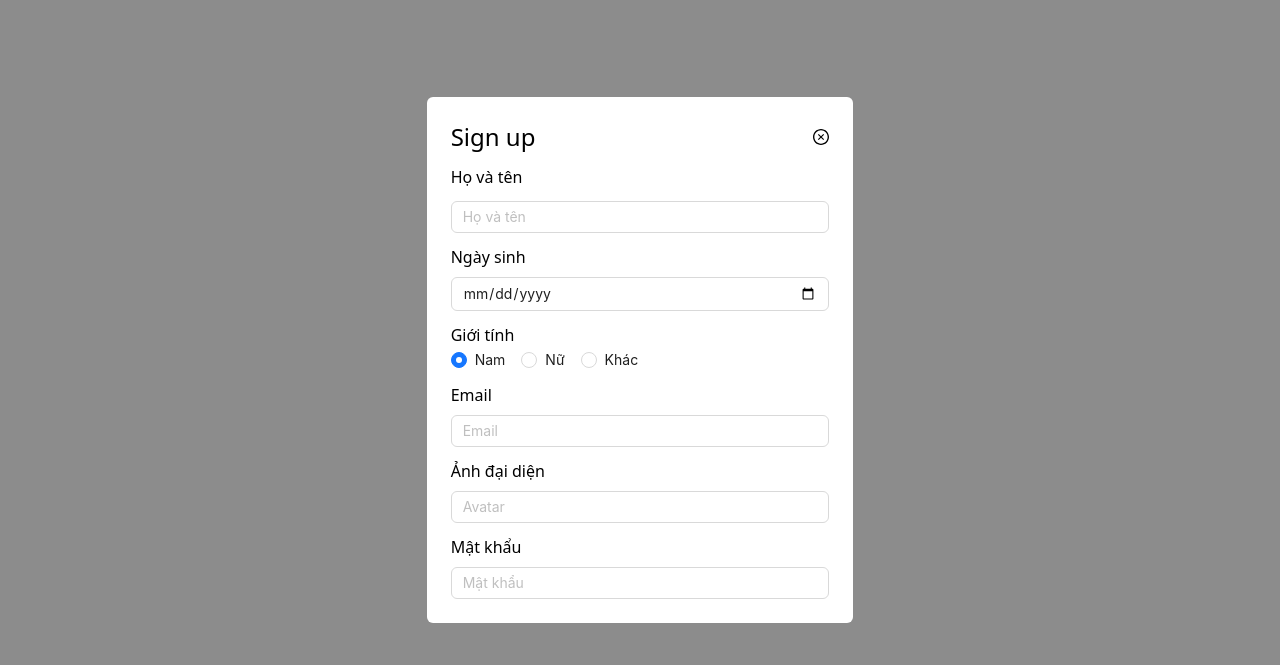
Repository: TinhTT336/MD02_Session14
Page: / (app in client/)
An editor plug-in stored every save of this project. The page is shown before and after the next save, followed by the edit.
The browser window is 1280 px wide. The pictures show the whole page.
The project was rebuilt for these pictures with package versions that can differ from the ones it lists, and the page was loaded fresh each time. Also part of the build but not shown: client/vite.config.js, client/src/firebase/configFirebase.js, client/src/components/UploadSingleFile.jsx, client/src/components/register/register.css, client/src/components/register/Register.jsx, client/src/components/register/RegisterWithImg.jsx.

Above is the page before, as saved 2023-09-14 14:23:05.

After the next save:
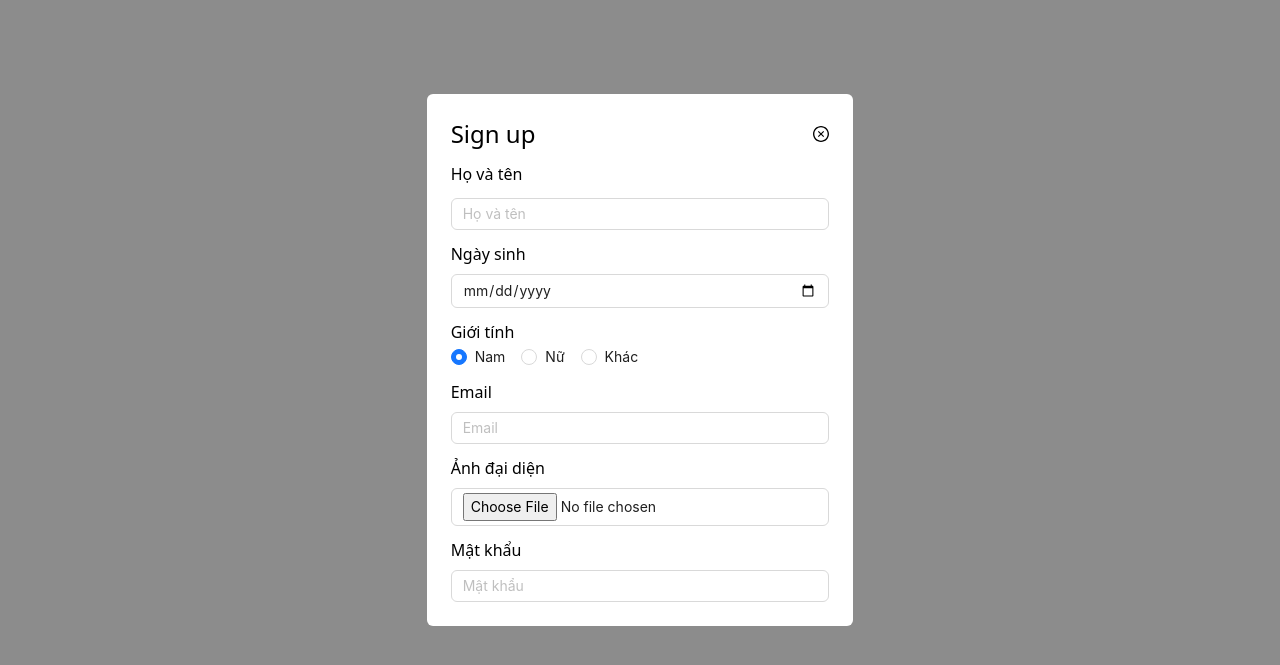
Saved 5 s later.
--- a/client/src/components/signup/Signup.jsx
+++ b/client/src/components/signup/Signup.jsx
@@ -39,7 +39,7 @@ export default function Signup() {
                     </div>
                     <div className='mt-3'>
                         <label htmlFor="avatar">Ảnh đại diện</label>
-                        <Input placeholder="Avatar" className='mt-2' name='avatar' id='avatar' type='text' />
+                        <Input placeholder="Avatar" className='mt-2' name='avatar' id='avatar' type='file' />
                     </div>
                     <div className='mt-3'>
                         <label htmlFor="password">Mật khẩu</label>
